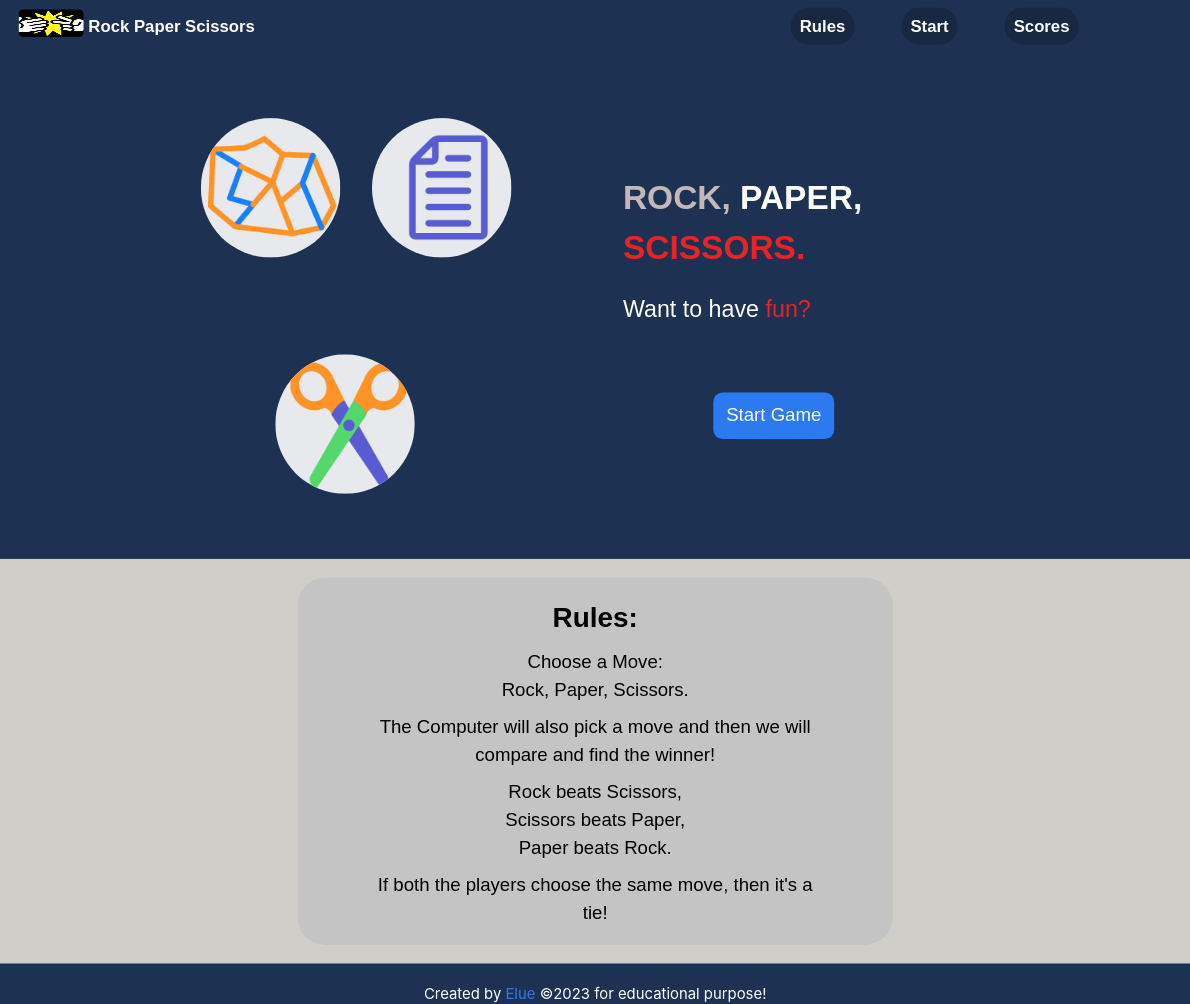
Repository: MikkyPrestige/rock-paper-scissors
Page: index.html
These files come from the project's save history. The page is drawn as it stood at one moment and after the next save; the edit follows.
The browser window is 1280 px wide. The pictures show the whole page, at 93% of full size.

Above is the page before, as saved 2023-05-08 05:43:17.

After the next save:
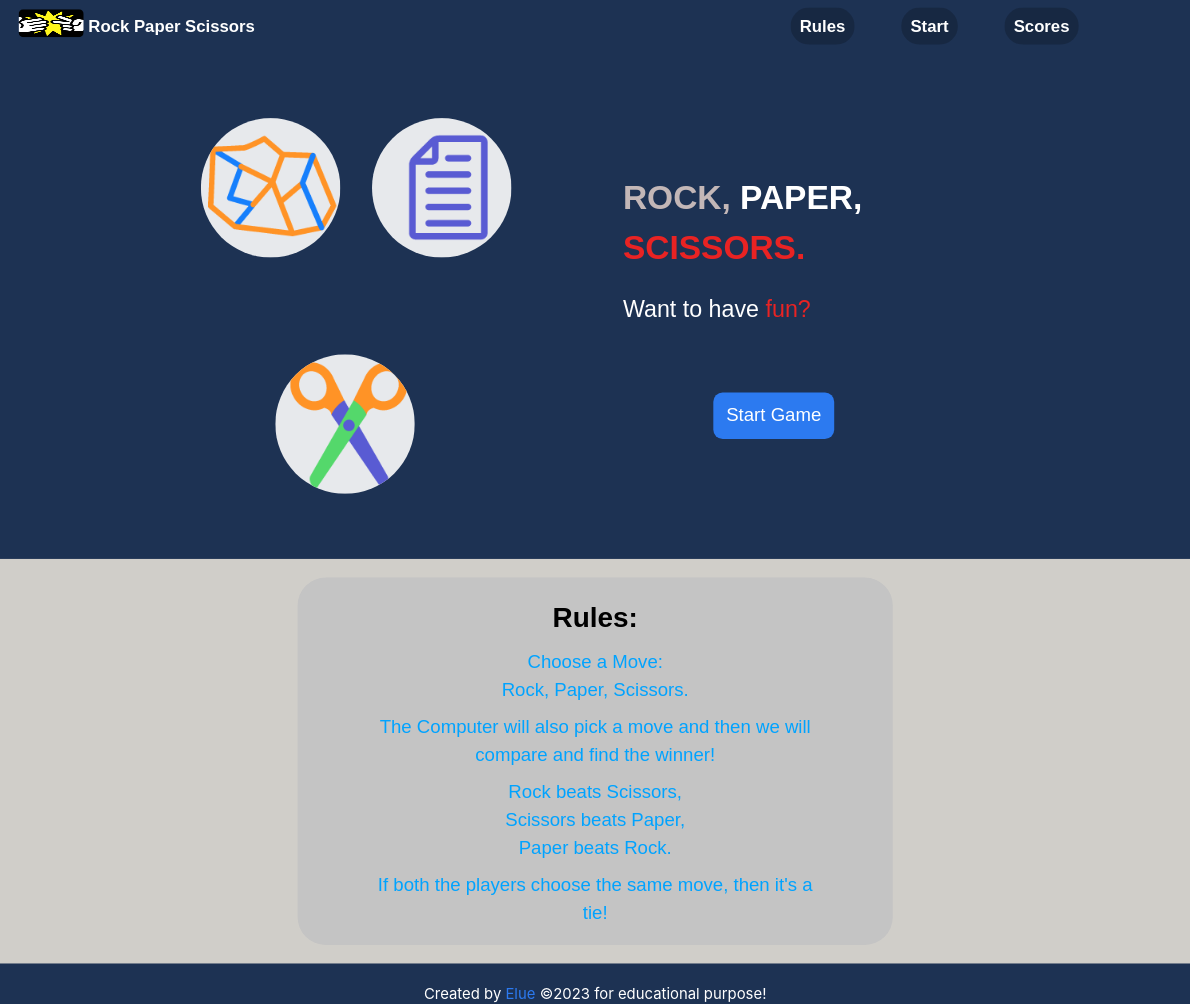
Saved 25 s later.
--- a/index.css
+++ b/index.css
@@ -224,8 +224,7 @@ li a:hover {
 
 .rule--para {
   font-size: 2rem;
-  font-weight: 400;
-  color: #000;
+  color: rgba(0, 163, 255, 1);
 }
 
 footer {
